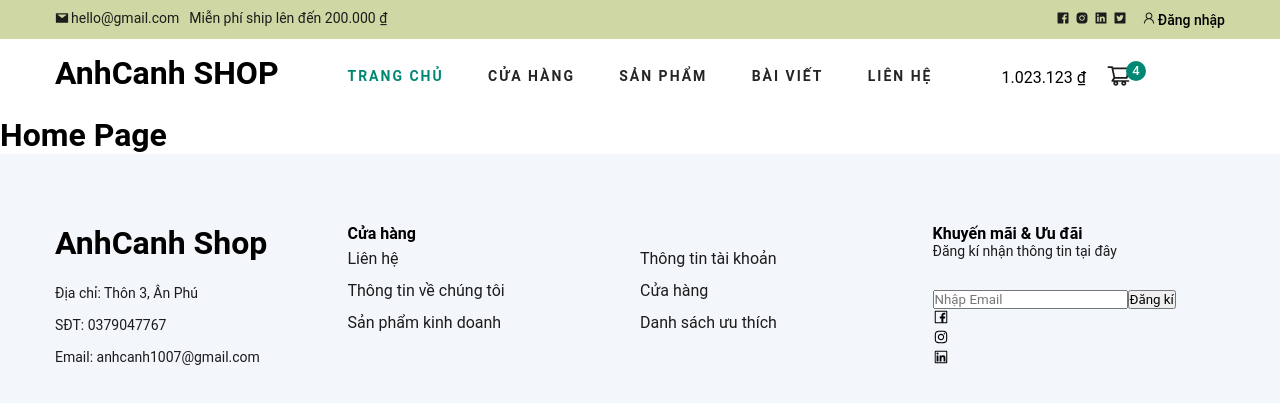
Repository: anhcanh1007/show_product
Page: /
An editor plug-in stored every save of this project. The page is shown before and after the next save, followed by the edit.
The browser window is 1280 px wide. The pictures show the whole page.
The project was rebuilt for these pictures with package versions that can differ from the ones it lists, and the page was loaded fresh each time. Imported but missing from the stored project, and not drawn on this page: src/pages/user/profilePage.

Above is the page before, as saved 2024-01-26 23:13:15.

After the next save:
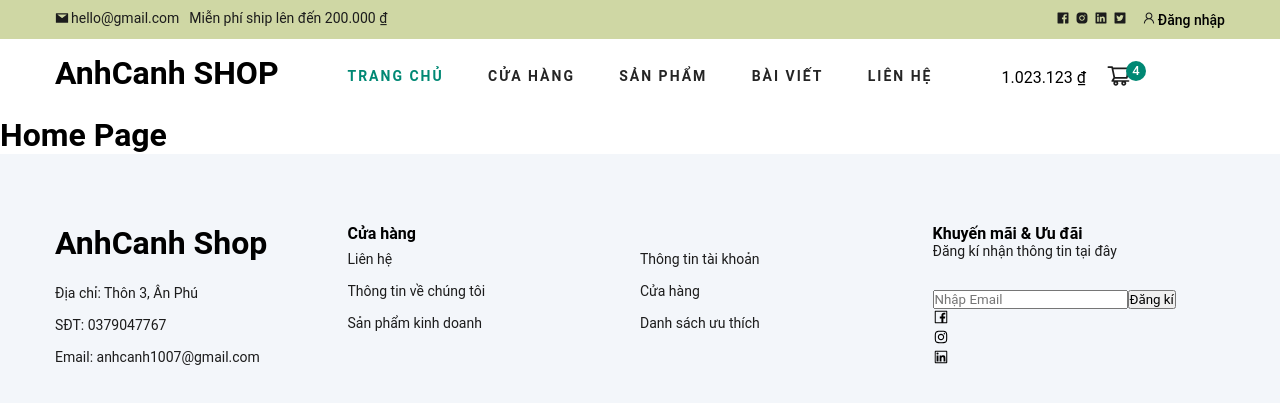
Saved 8 s later.
--- a/src/pages/user/theme/footer/style.scss
+++ b/src/pages/user/theme/footer/style.scss
@@ -44,7 +44,7 @@
 
                 a {
                     color: map.get($theme-colors,'normal_text');
-                    font-style: 14px;
+                    font-size: 14px;
                     line-height: 32px;
                     text-decoration: none;
                 }
